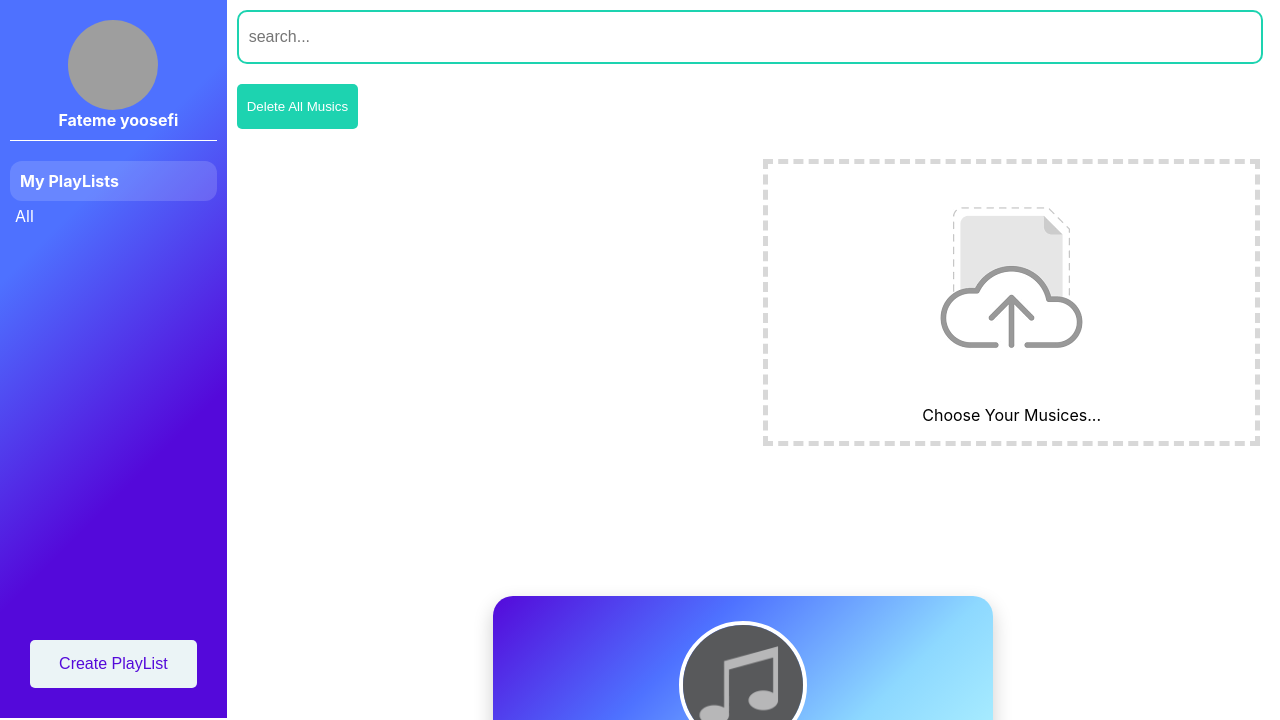
Repository: fateme81yosefi/musicPlayer
Page: /
The author's editor kept a copy of each file at every save. The page is drawn from the files as they stood at one save, then again after the next save.
The browser window is 1280 px wide. The pictures show the whole page.
Pictures or frames that could not be fetched are drawn as grey boxes. An inner scrolling area shows only its first screen. The project was rebuilt for these pictures with package versions that can differ from the ones it lists, and the page was loaded fresh each time.

Above is the page before, as saved 2025-06-28 14:44:55.

After the next save:
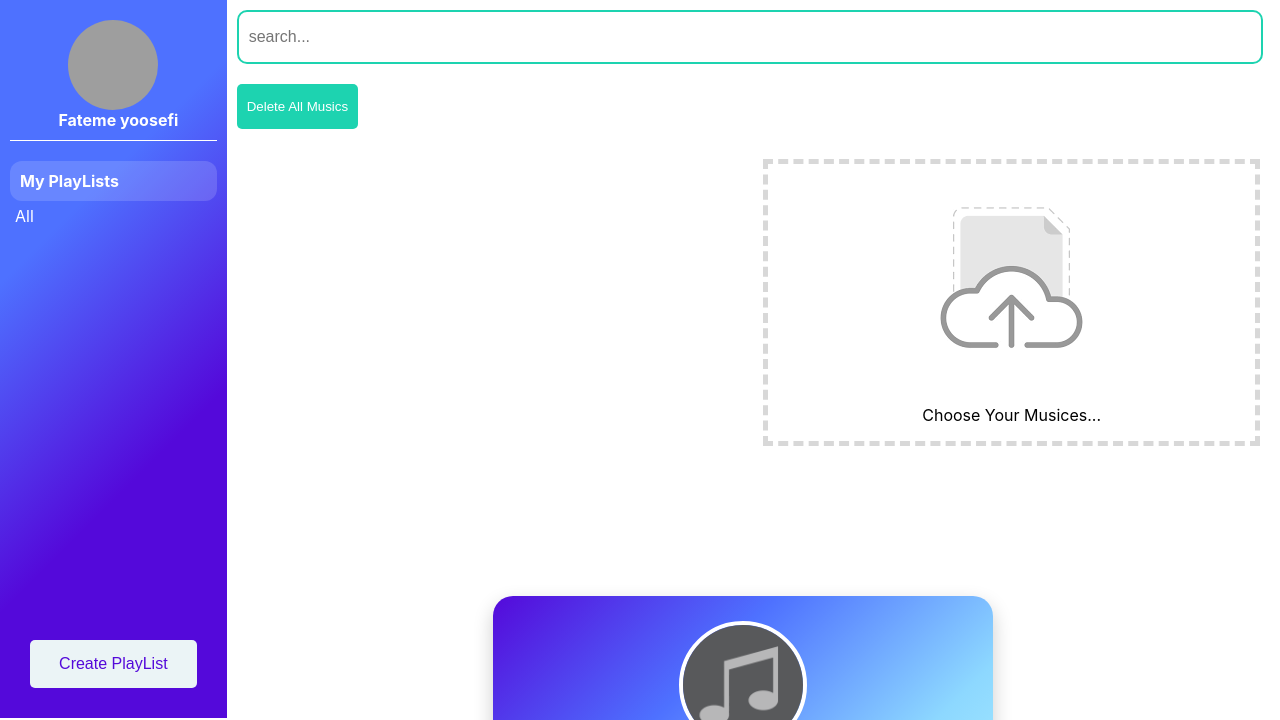
Saved 3 min 49 s later.
--- a/src/Components/MusicPlayer/MusicPlayer.jsx
+++ b/src/Components/MusicPlayer/MusicPlayer.jsx
@@ -5,6 +5,8 @@ export default function MusicPlayer({ currentMusic }) {
   const audioRef = useRef(null);
   const [isPlaying, setIsPlaying] = useState(false);
   const [progress, setProgress] = useState(0);
+  const [volume, setVolume] = useState(1);
+  const [playbackRate, setPlaybackRate] = useState(1);
 
   useEffect(() => {
     const audio = audioRef.current;
@@ -28,6 +30,25 @@ export default function MusicPlayer({ currentMusic }) {
     setIsPlaying(!isPlaying);
   };
 
+  const handleSeek = (e) => {
+    const bar = e.currentTarget;
+    const percent = e.nativeEvent.offsetX / bar.offsetWidth;
+    const audio = audioRef.current;
+    audio.currentTime = percent * audio.duration;
+    setProgress(percent * 100);
+  };
+
+  const handleVolumeChange = (e) => {
+    const newVolume = parseFloat(e.target.value);
+    setVolume(newVolume);
+    audioRef.current.volume = newVolume;
+  };
+
+  const changePlaybackRate = (rate) => {
+    setPlaybackRate(rate);
+    audioRef.current.playbackRate = rate;
+  };
+
   return (
     <div className="player">
       <div className={`cover ${isPlaying ? "spin pulse" : ""}`}>
@@ -37,7 +58,7 @@ export default function MusicPlayer({ currentMusic }) {
       <div className="info">
         <h2 className="title">{currentMusic.name}</h2>
 
-        <div className="progress-container">
+        <div className="progress-container" onClick={handleSeek}>
           <div className="progress-bar" style={{ width: `${progress}%` }}></div>
         </div>
 
@@ -45,7 +66,39 @@ export default function MusicPlayer({ currentMusic }) {
           {isPlaying ? "❚❚" : "▶"}
         </button>
 
-        <audio ref={audioRef} src={currentMusic.data} preload="metadata" />
+        <div className="controls">
+          <label>
+            Volume
+            <input
+              type="range"
+              min="0"
+              max="1"
+              step="0.01"
+              value={volume}
+              onChange={handleVolumeChange}
+            />
+          </label>
+
+          <div className="speed-buttons">
+            {[0.5, 1, 1.5, 2].map((rate) => (
+              <button
+                key={rate}
+                className={playbackRate === rate ? "active" : ""}
+                onClick={() => changePlaybackRate(rate)}
+              >
+                {rate}x
+              </button>
+            ))}
+          </div>
+        </div>
+
+        <audio
+          ref={audioRef}
+          src={currentMusic.data}
+          preload="metadata"
+          volume={volume}
+          playbackRate={playbackRate}
+        />
       </div>
     </div>
   );
